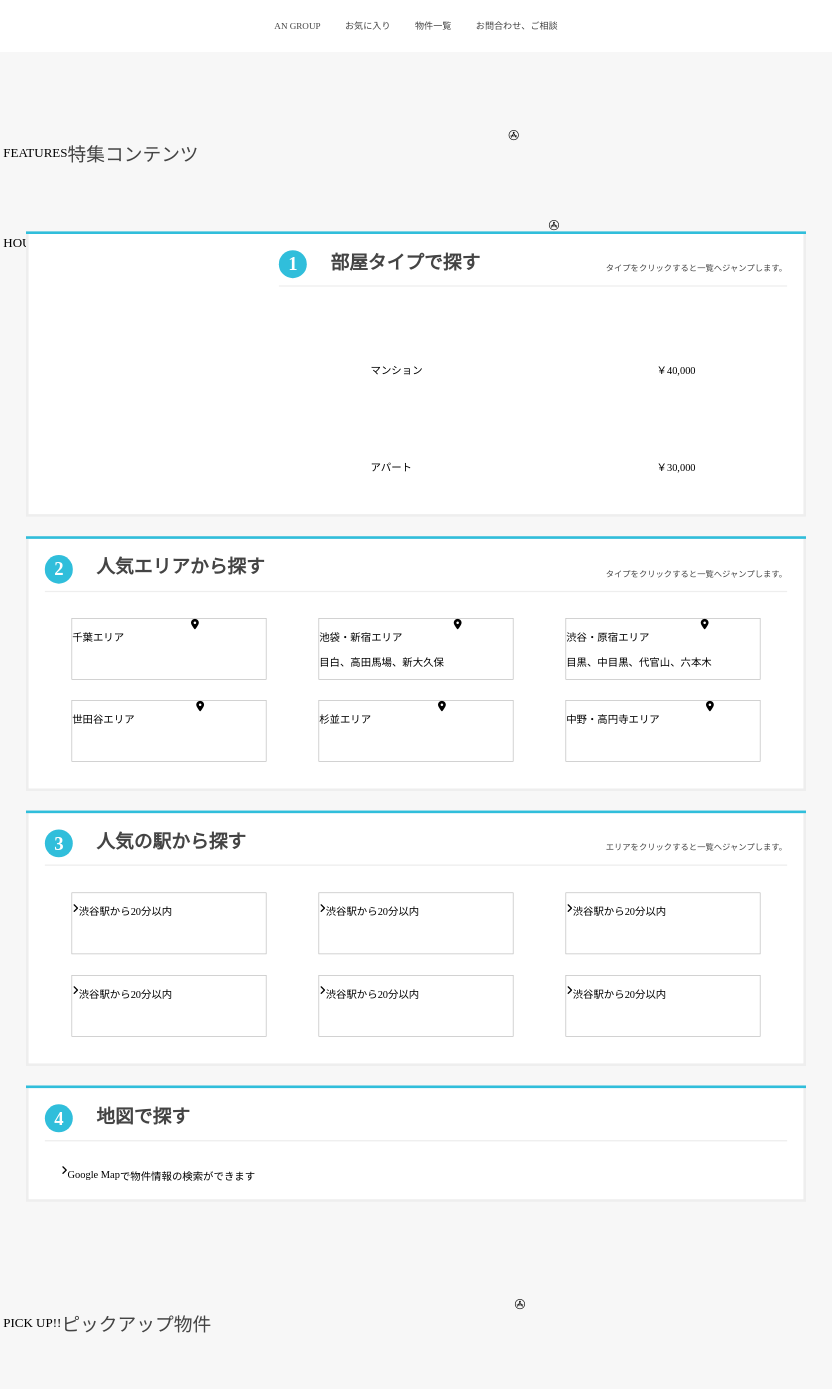
Repository: ninhdavid/real-estate
Page: index.html
The author's editor kept a copy of each file at every save. The page is drawn from the files as they stood at one save, then again after the next save.
The browser window is 1280 px wide. The pictures show the whole page, at 65% of full size.
Some web libraries are served in a nearby version. The style sheet was rebuilt from its Sass, Less or Tailwind sources for each picture, by a compiler version that may differ from the author's.

Above is the page before, as saved 2022-05-13 23:04:23.

After the next save:
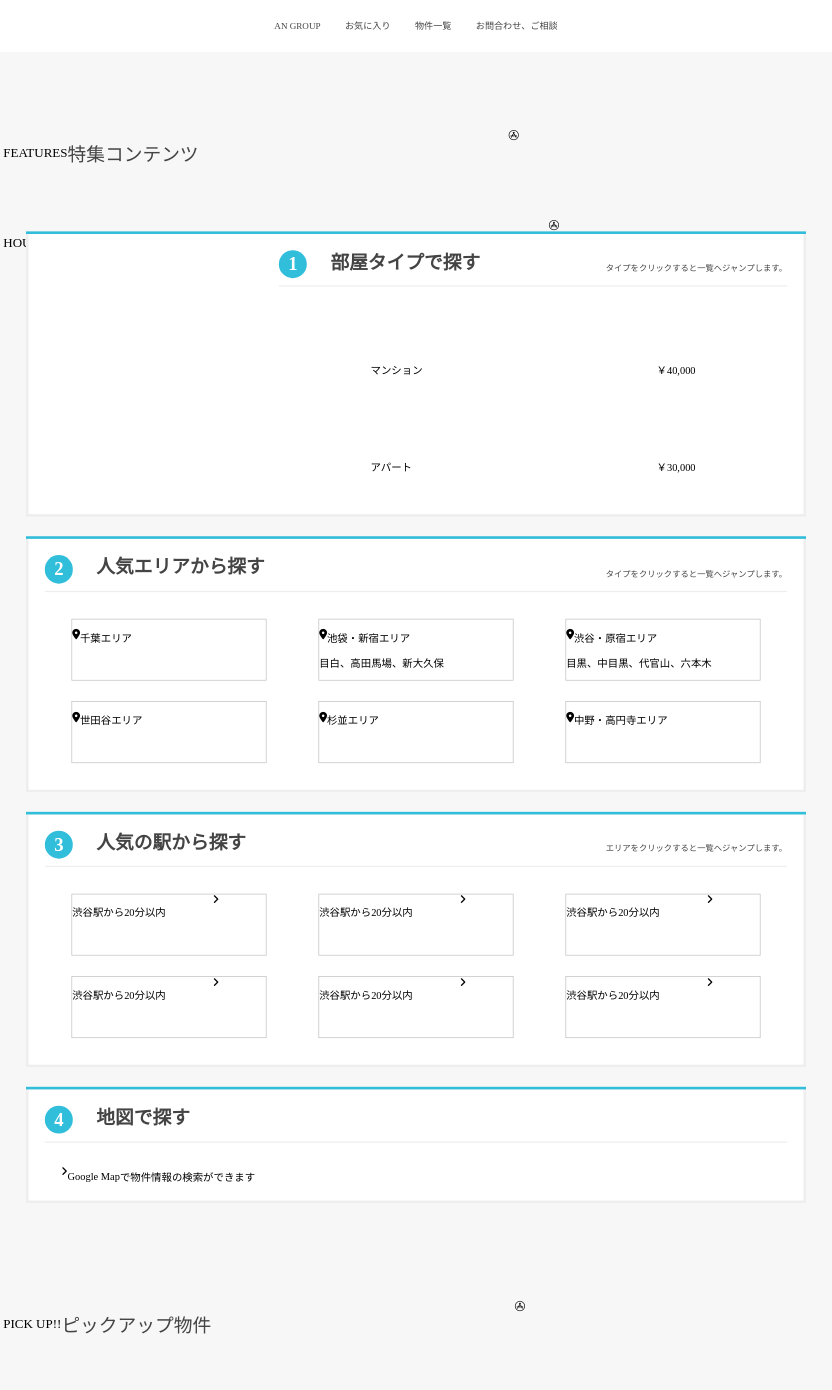
Saved 8 s later.
--- a/css/main.scss
+++ b/css/main.scss
@@ -182,8 +182,7 @@
     // flex-direction: column;
     // text-align:center;
 }
-.location-des,
-.station-des i,p{
+.location-des i,p{
     display:block;
     float:left;
     margin-top:15px;
